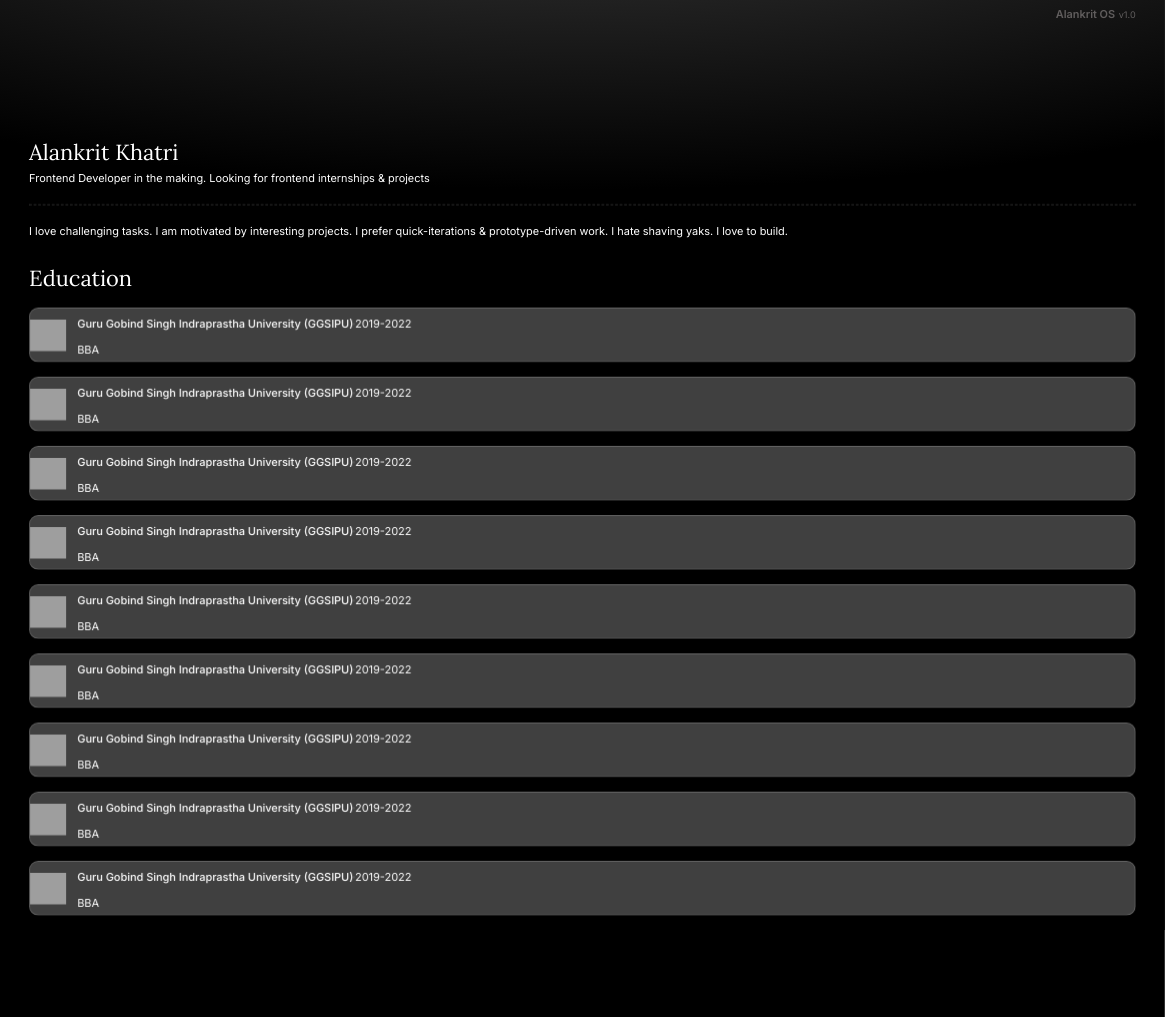
Repository: alankritkhatri/alankrit.xyz
Page: /
These files come from the project's save history. The page is drawn as it stood at one moment and after a run of saves; the edit follows.
The browser window is 1280 px wide. The pictures show the whole page, at 91% of full size.
Pictures or frames that could not be fetched are drawn as grey boxes. The project was rebuilt for these pictures with package versions that can differ from the ones it lists, and the page was loaded fresh each time. Also part of the build but not shown: vite.config.js, src/blog.jsx.

Above is the page before, as saved 2024-08-11 21:11:33.

### index.html
<!DOCTYPE html>
<html lang="en">
  <head>
    <meta charset="UTF-8" />

    <link rel="icon" type="image/svg+xml" href="/vite.svg" />
    <link rel="preconnect" href="https://fonts.googleapis.com" />
    <link rel="preconnect" href="https://fonts.gstatic.com" crossorigin />
    <link
      href="https://fonts.googleapis.com/css2?family=Inter:wght@100..900&display=swap"
      rel="stylesheet"
    />

    <link
      href="https://fonts.googleapis.com/css2?family=Lora:ital,wght@0,400..700;1,400..700&display=swap"
      rel="stylesheet"
    />
    <!-- Linkedin link -->
    <script
      src="https://platform.linkedin.com/badges/js/profile.js"
      async
      defer
      type="text/javascript"
    ></script>
<meta name="viewport" content="width=device-width, initial-scale=1.0">
    <title>AlankritOS</title>
  </head>
  <body>
    <div id="root"></div>
    <script type="module" src="/src/main.jsx"></script>
  </body>
</html>

### src/App.jsx
import "./App.css";
import { BrowserRouter as Router, Routes, Route, Link } from "react-router-dom";
import Blog from "./blog";
import Home from "./pages/Home/Home";
const App = () => {
  return (
    <div className="main">
      <Router>
        <Link to="/">
          <div className="logo">
            <h1>Alankrit OS</h1>
            <span>v1.0</span>
          </div>
        </Link>
        <Routes>
          <Route path="/" element={<Home />} />
          <Route path="blog" element={<Blog />} />
        </Routes>
      </Router>
    </div>
  );
};

export default App;

### src/App.css
* {
  margin: 0px;
  padding: 0px;
  box-sizing: border-box;
  font-family: Inter, Haettenschweiler, "Arial Narrow Bold", sans-serif;
}

body,html{
  min-height: 100vh;
background: radial-gradient(100% 40% at 50% -200px, #404040, #000000)
}
.main {



  h1 {
    line-height: 32px;
  }
  h2 {
    line-height: 24px;
  }
  h3 {
    line-height: 16px;
  }
  p {
    line-height: 24px;
  }
  color: white;

  padding: 0px 32px;
  a {
    text-decoration: none;
  }
  .logo {
    color: rgba(126, 121, 121, 0.726);
    display: flex;
    align-items: center;
    justify-content: flex-end;
    gap: 4px;

    font-family: monospace;
    animation: flicker 2s infinite;
    h1 {
      font-size: 12px;
      font-weight: 600;
    }
    span {
      font-size: 10px;
      font-weight: 400;
    }
  }
}
/* logo flickr animation */
@keyframes flicker {
  0% {
    opacity: 0;
  }
  9% {
    opacity: 0;
  }
  10% {
    opacity: 0.5;
  }
  13% {
    opacity: 0;
  }
  20% {
    opacity: 0.5;
  }
  25% {
    opacity: 1;
  }
}

### src/pages/Home/Home.jsx
import Infosection from "../../components/Info-Section/Infosection.jsx";
import "./Home.css";
import data from "../../alankrit_data/data.json";
const Home = () => {
  return (
    <div className="home">
      <div
        className="badge-base LI-profile-badge"
        data-locale="en_US"
        data-size="medium"
        data-theme="dark"
        data-type="VERTICAL"
        data-vanity="alankrit-khatri"
        data-version="v1"
      >
        {" "}
        </div>

      <div className="about-section">
        <h1 className="name">Alankrit Khatri</h1>
        <p>
          Frontend Developer in the making. Looking for frontend internships &
          projects
        </p>
        <div className="dashed-line"></div>
        <p>
          I love challenging tasks. I am motivated by interesting projects. I
          prefer quick-iterations & prototype-driven work. I hate shaving yaks.
          I love to build.
        </p>
      </div>
      <div className="education-section">
        <h1>Education</h1>
        <Infosection {...data} />
        <Infosection {...data} />
        <Infosection {...data} />
        <Infosection {...data} />
        <Infosection {...data} />
        <Infosection {...data} />
        <Infosection {...data} />
        <Infosection {...data} />
        <Infosection {...data} />



        {console.log(data)}
      </div>
    </div>
  );
};

export default Home;

### src/components/Info-Section/Infosection.jsx
import "./infoSection.css";
const Infosection = (props) => {
  return (
    <>
      <div className="infosection-details">
        <img
          src={props[0].educationDetails.bachelors.logo}
          alt=""
          style={{ width: "40px", height: "35px" }}
        />
        <div className=" infosection-info">
          <div className="infosection-info-top ">
            <h2 style={{ opacity: "1", fontWeight: "500" }}>
              {props[0].educationDetails.bachelors.schoolName}
            </h2>
            <div className="dashed-line"></div>
            <h2> {props[0].educationDetails.bachelors.schoolYears} </h2>
          </div>

          <div className="infosection-info-bottom">
            <h2> {props[0].educationDetails.bachelors.course}</h2>
          </div>
        </div>
      </div>
    </>
  );
};

export default Infosection;

### src/pages/Home/Home.css
.home {
  margin: 96px 0px;
  display: flex;
  flex-direction: column;
  gap: 24px;
  /* dashed line  */
  .dashed-line {
    margin: 16px 0px;
    opacity: 0.1;
    border-width: 1px;
    border-style: dashed;
    color: rgb(255 255 255);
  }
  .hide {
    display: none;
  }
  h1 {
    font-family: "Lora", serif;
    font-size: 24px;
    font-weight: 400;
  }
  h2 {
    font-size: 12px;
    font-style: normal;
    font-weight: 400;
  }
  h3 {
    font-size: 10px;
    font-style: normal;
    font-weight: 300;
  }
  p {
    font-size: 12px;
  }
  .about-section {
    display: flex;
    flex-direction: column;
    .name {
      line-height: 32px;
    }
  }
}

### src/alankrit_data/data.json
[
  {
    "educationDetails": {
      "className": "education-details",
      "bachelors": {
        "schoolName": "Guru Gobind Singh Indraprastha University (GGSIPU)",
        "schoolYears": "2019-2022",
        "course": "BBA",
        "logo": "https://encrypted-tbn0.gstatic.com/images?q=tbn:ANd9GcRM9GNTFenU_T9caTwA63o86iaVHMnf9eeEPw&s"
      },
      "masters": {
        "schoolName": "Guru Gobind Singh Indraprastha University (GGSIPU)",
        "schoolYears": "2019-2022",
        "logo": "https://encrypted-tbn0.gstatic.com/images?q=tbn:ANd9GcRM9GNTFenU_T9caTwA63o86iaVHMnf9eeEPw&s"
      }
    }
  }
]

### src/components/Info-Section/infoSection.css
.infosection-details {
  background: rgba(255, 255, 255, 0.25);
  -webkit-backdrop-filter: blur(4px);
  border-radius: 10px;
  border: 1px solid rgba(255, 255, 255, 0.18);
  backdrop-filter: blur(10px);
  backdrop-filter: saturate(180%) blur(10px);
  display: flex;
  align-items: center;
  gap: 12px;
  margin: 16px 0px;

  .infosection {
    width: 100%;
    min-width: 80%;
    * {
      line-height: 16px;
    }
    h3 {
      letter-spacing: -0.26px;
      opacity: 0.5;
    }
    h2 {
      opacity: 0.5;
    }
  }
  .infosection-info-top {
    display: flex;
    justify-content: space-between;
    align-items: center;
  }
}

Loaded but not shown: src/main.jsx (common file)

After the next 2 saves:
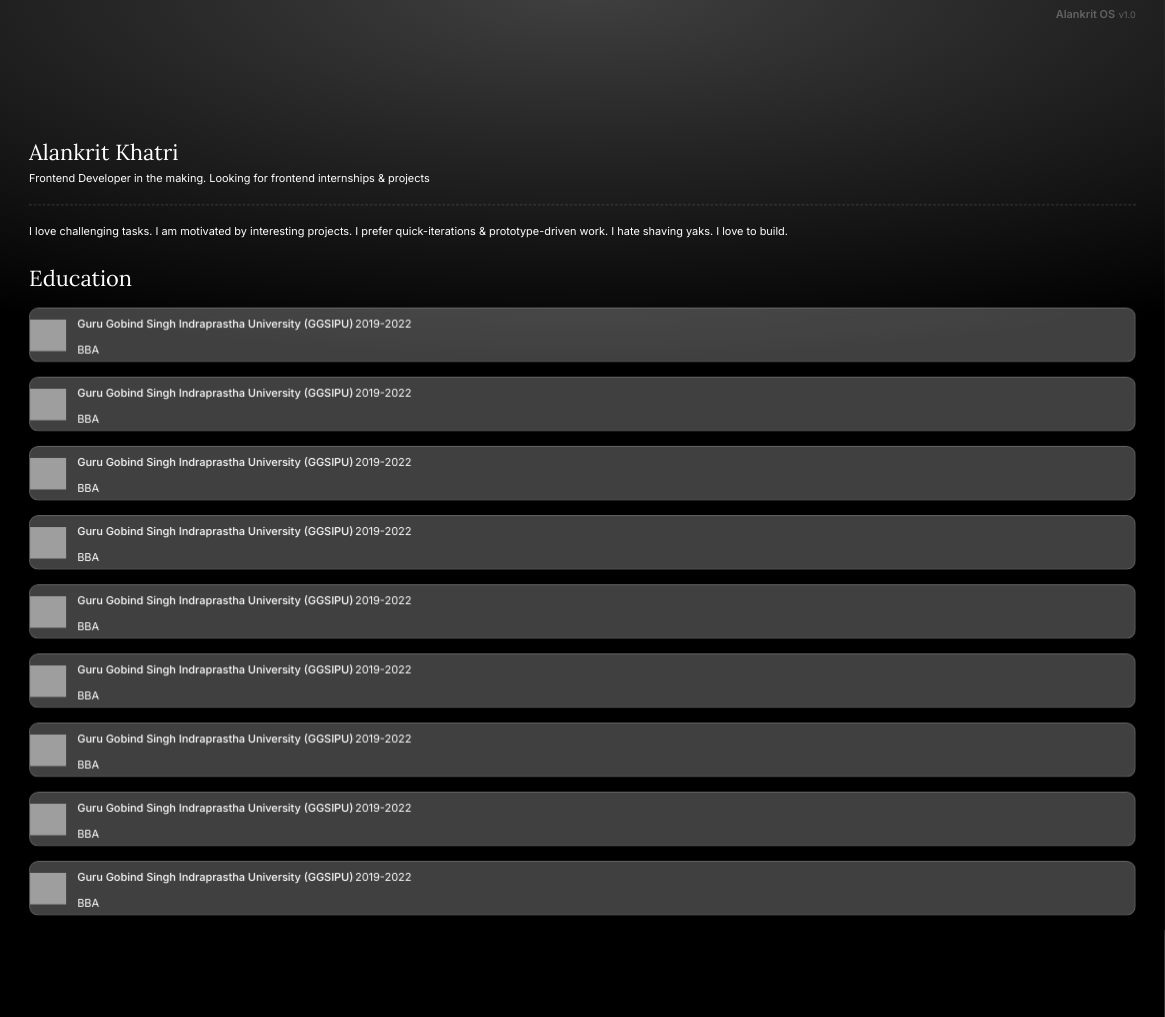
The 2 saves are shown as one change because they came seconds apart.
The last was saved 9 s later.
--- a/src/App.css
+++ b/src/App.css
@@ -7,7 +7,7 @@
 
 body,html{
   min-height: 100vh;
-background: radial-gradient(100% 40% at 50% -200px, #404040, #000000)
+background: radial-gradient(100% 40% at 50% -10px, #404040, #000000)
 }
 .main {
 

After the save that followed:
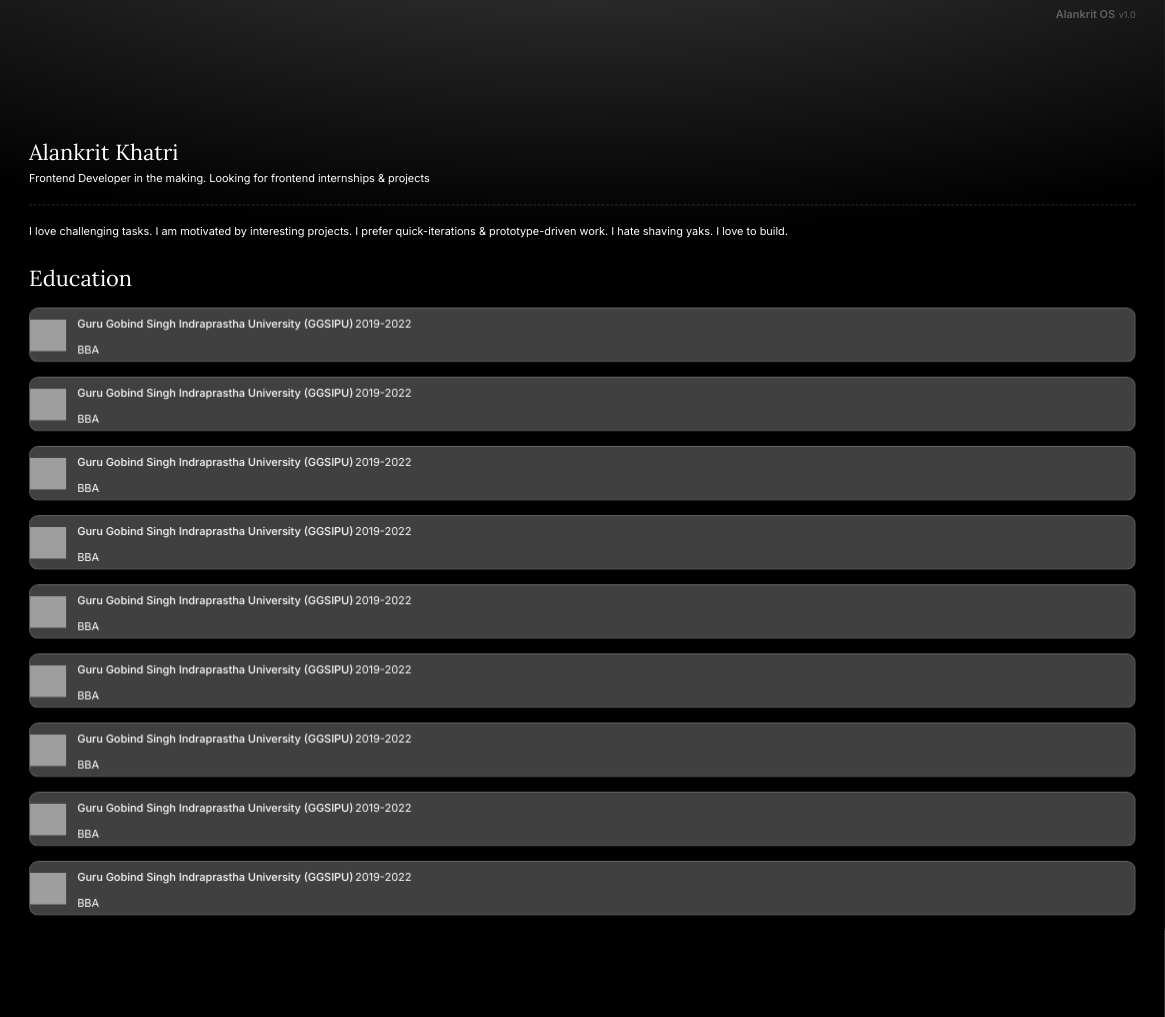
Saved 4 s later.
--- a/src/App.css
+++ b/src/App.css
@@ -7,7 +7,7 @@
 
 body,html{
   min-height: 100vh;
-background: radial-gradient(100% 40% at 50% -10px, #404040, #000000)
+background: radial-gradient(100% 40% at 50% -150px, #404040, #000000)
 }
 .main {
 
